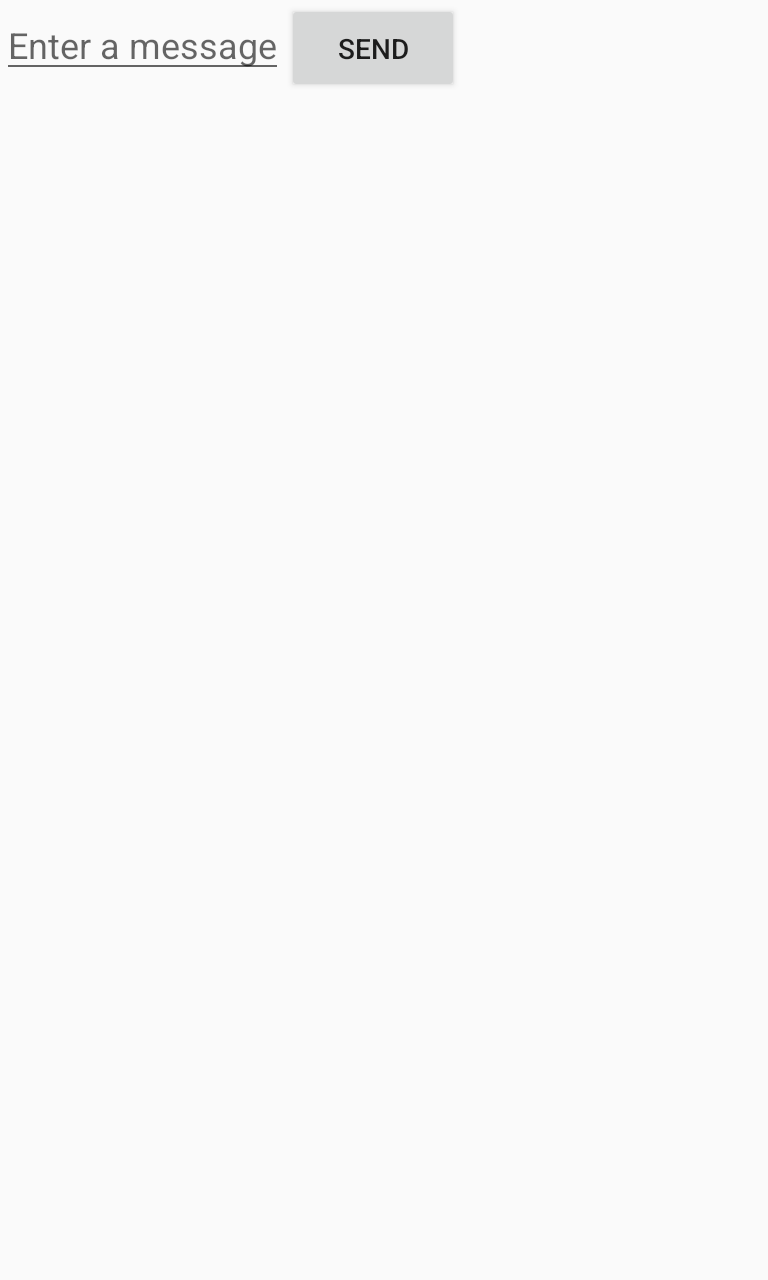
Repository: yuanpeixin/Project
Layout: HangOut/res/layout/activity_main.xml
The author's editor kept a copy of each file at every save. The layout is drawn from the files as they stood at one save, then again after the next save.
It is drawn on a 768 x 1280 px phone screen (xhdpi) without system bars, with theme AppTheme; the app's code is not run.

Above is the layout before, as saved 2015-07-12 18:45:36.

### HangOut/res/layout/activity_main.xml
<LinearLayout xmlns:android="http://schemas.android.com/apk/res/android"
    xmlns:tools="http://schemas.android.com/tools"
    android:layout_width="match_parent"
    android:layout_height="match_parent"
  	android:orientation="vertica">


    <EditText android:id="@+id/edit_message"
    android:layout_width="wrap_content"
    android:layout_height="wrap_content"
    android:hint="@string/edit_message" />

    <Button
        android:id="@+id/button1"
        android:layout_width="wrap_content"
        android:layout_height="wrap_content"
        android:text="@string/button_send" />

</LinearLayout>

### HangOut/res/values/strings.xml
<?xml version="1.0" encoding="utf-8"?>
<resources>

    <string name="app_name">HangOut</string>
    <string name="hello_world">Hello world!</string>
    <string name="action_settings">Settings</string>
    <string name="edit_message">Enter a message</string>
    <string name="button_send">Send</string>

</resources>

Loaded but not shown: HangOut/res/values/styles.xml (common file); HangOut/res/values-v11/styles.xml (common file); HangOut/res/values-v14/styles.xml (common file)

After the next save:
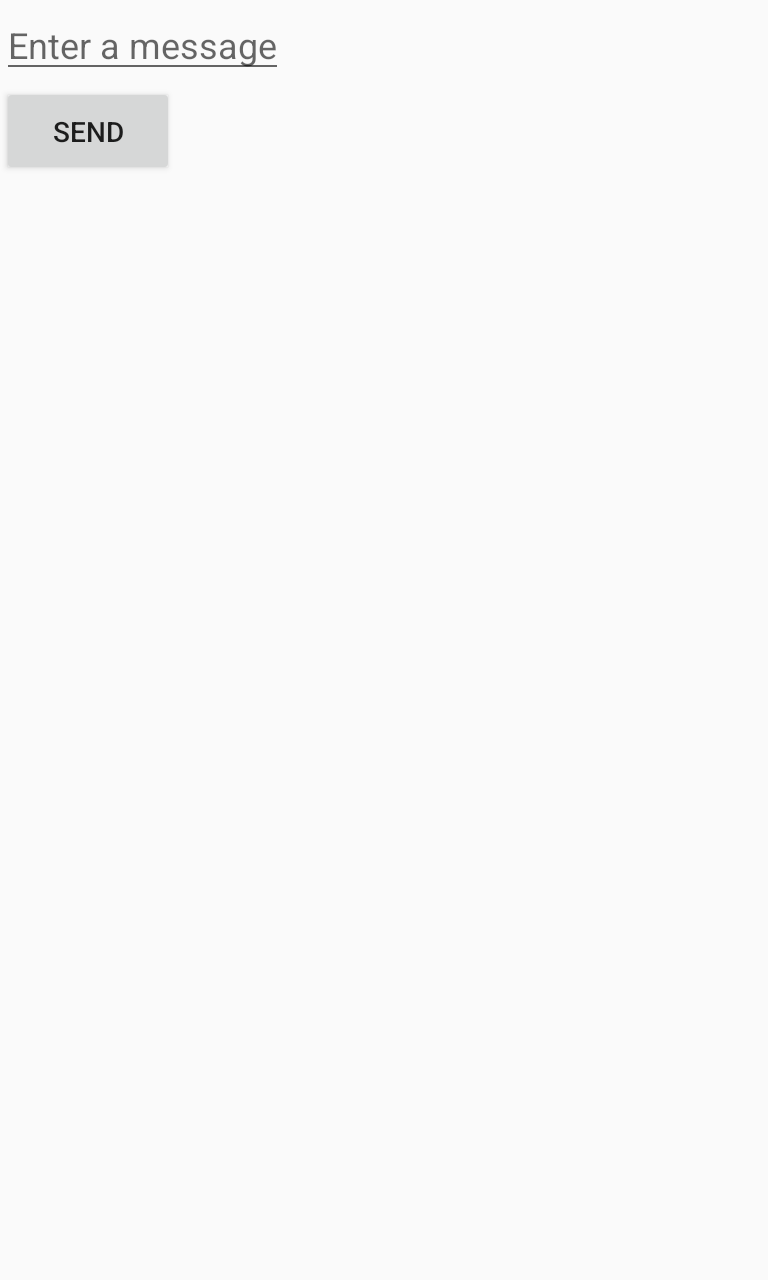
Saved 15 s later.
--- a/HangOut/res/layout/activity_main.xml
+++ b/HangOut/res/layout/activity_main.xml
@@ -2,8 +2,7 @@
     xmlns:tools="http://schemas.android.com/tools"
     android:layout_width="match_parent"
     android:layout_height="match_parent"
-  	android:orientation="vertica">
-
+  	android:orientation="vertical">
 
     <EditText android:id="@+id/edit_message"
     android:layout_width="wrap_content"
